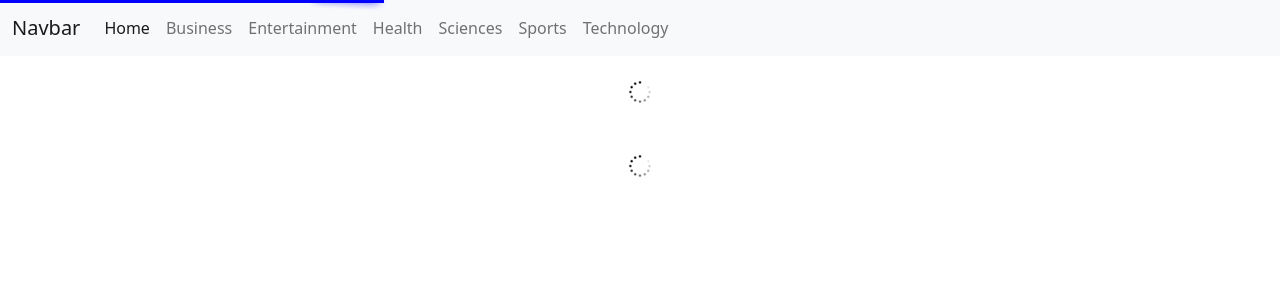
Repository: Asad-devv/News-App
Page: /
An editor plug-in stored every save of this project. The page is shown before and after a run of saves, followed by the edit.
The browser window is 1280 px wide. The pictures show the whole page.
The page's requests for data from a server got no answer. The project was rebuilt for these pictures with package versions that can differ from the ones it lists, and the page was loaded fresh each time. No one was signed in, and anything a server would have sent is missing. Also part of the build but not shown: vite.config.js, src/components/Newsitem.jsx.

Above is the page before, as saved 2022-11-08 23:59:15.

After the next 4 saves:
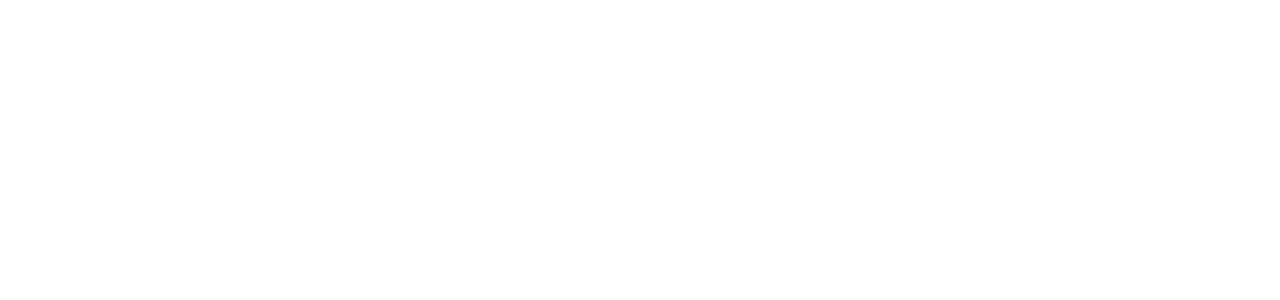
Console error: ReferenceError: e is not defined
The 4 saves are shown as one change because 1 did not build or start and some came seconds apart.
The last was saved 33 s later.
--- a/src/components/News.jsx
+++ b/src/components/News.jsx
@@ -65,7 +65,7 @@
           loader={<Loading/>}>
 
           <div className="row">
-          {this.state.articles.map((element) => {
+          {this.state.articles.filter((e)).map((element) => {
             return (
               <div className="col-md-4" key={element.url}>
                 <Newsitem

After the 4 saves that followed:
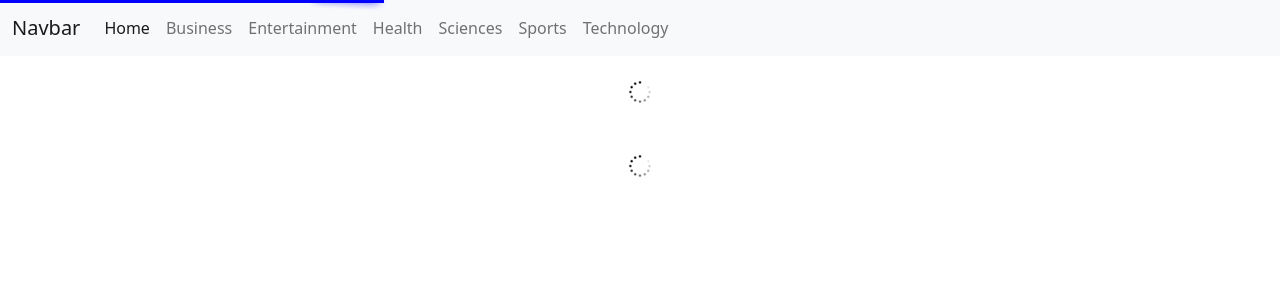
The error is gone.
The 4 saves are shown as one change because they came seconds apart.
The last was saved 13 s later.
--- a/src/components/News.jsx
+++ b/src/components/News.jsx
@@ -65,7 +65,9 @@
           loader={<Loading/>}>
 
           <div className="row">
-          {this.state.articles.filter((e)).map((element) => {
+          {this.state.articles.filter((e)=>{
+
+          }).map((element) => {
             return (
               <div className="col-md-4" key={element.url}>
                 <Newsitem
